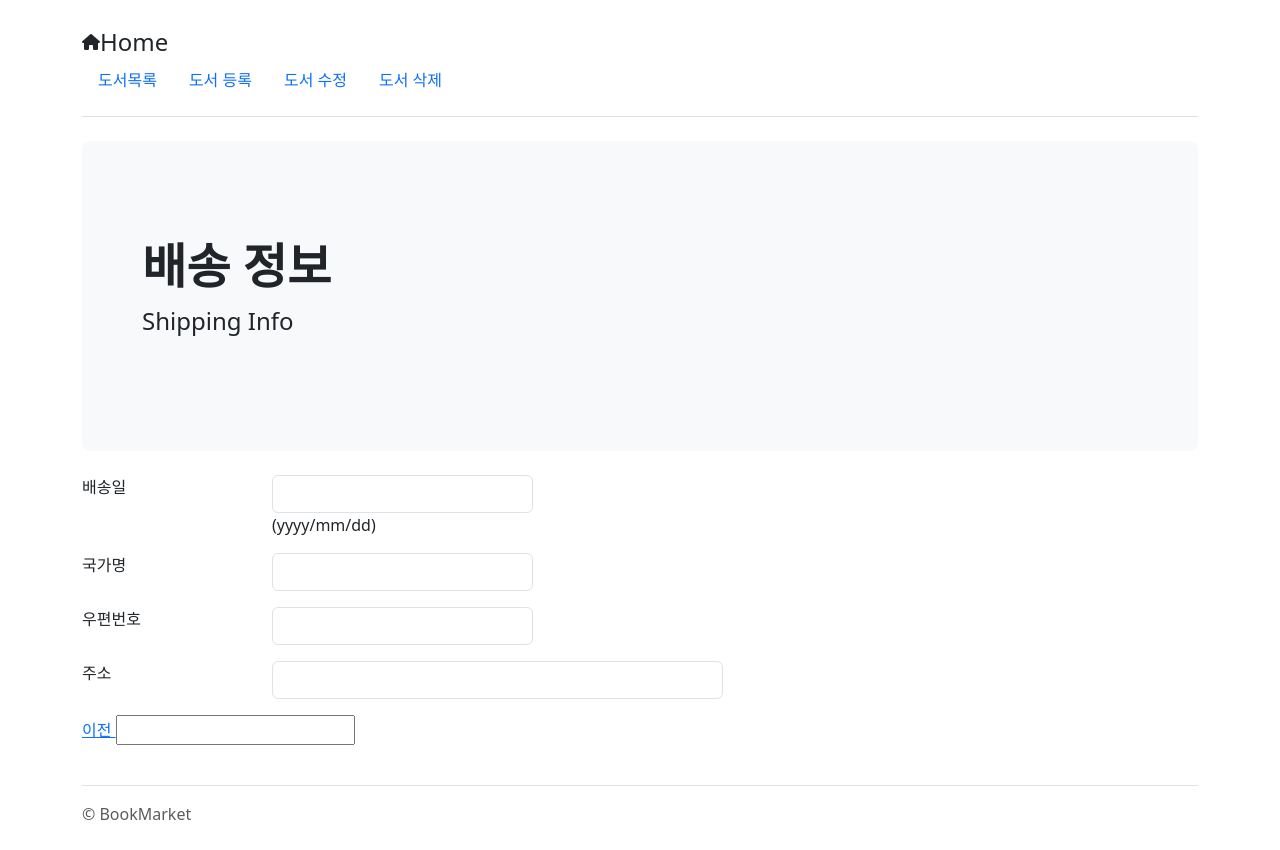
Repository: byeolchorong/ITedunet
Page: http://localhost/BookMarket/shippingInfo.jsp
The author's editor kept a copy of each file at every save. The page is drawn from the files as they stood at one save, then again after the next save.
The browser window is 1280 px wide. The pictures show the whole page.
Some web libraries are served in a nearby version. The page is served by Tomcat 10. Nobody is signed in. The application's start-up code is not run.

Above is the page before, as saved 2025-06-02 02:46:41.

After the next save:
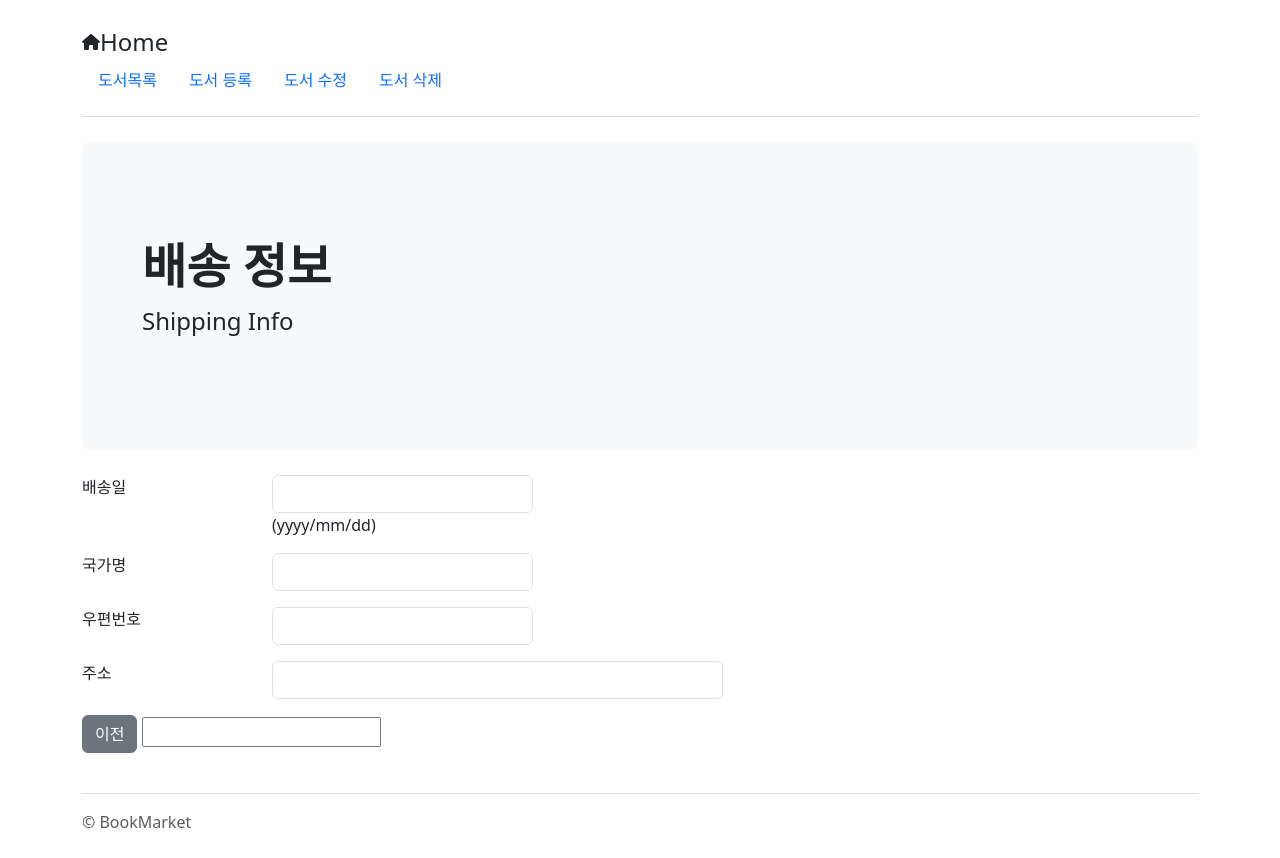
Saved 28 s later.
--- a/JSP/BookMarket/src/main/webapp/shippingInfo.jsp
+++ b/JSP/BookMarket/src/main/webapp/shippingInfo.jsp
@@ -53,7 +53,7 @@
 
 			<div class="mb-3 row">
 				<div class="col-sm-offset-2 col-sm-10">
-					<a href="./cart.jsp?cartId=<%=request.getParameter("cartId")%>"> 이전 </a>
+					<a href="./cart.jsp?cartId=<%=request.getParameter("cartId")%>" class="btn btn-secondary" role="button"> 이전 </a>
 					<input>
 					<a></a>
 				</div>
